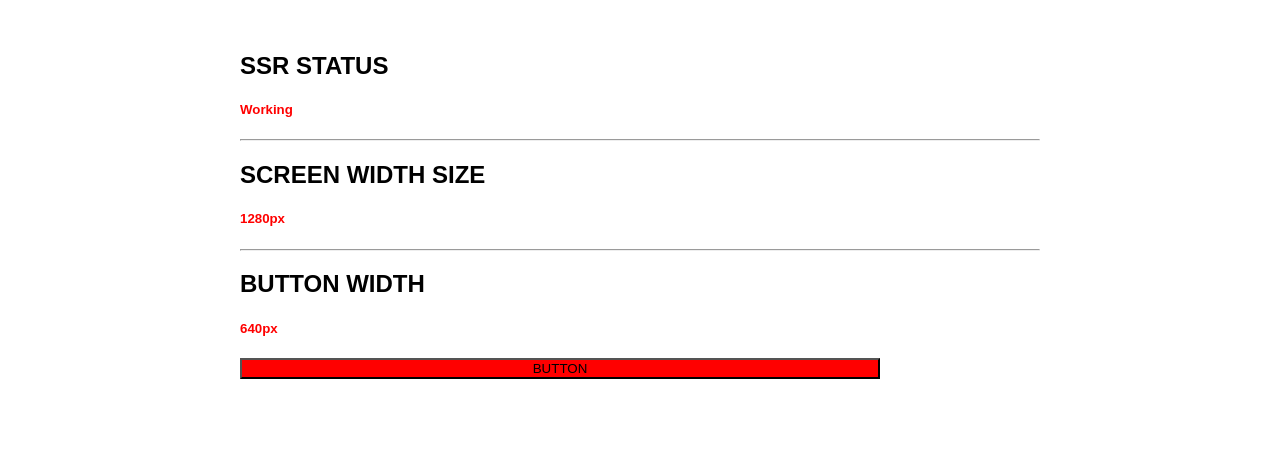
Repository: adrihle/screen-detector-nextpwa
Page: /
An editor plug-in stored every save of this project. The page is shown before and after the next save, followed by the edit.
The browser window is 1280 px wide. The pictures show the whole page.
The project was rebuilt for these pictures with package versions that can differ from the ones it lists, and the page was loaded fresh each time. The framework's server and built-in components were replaced by stand-ins that run in the browser. Imported but missing from the stored project, and not drawn on this page: pages/_document.

Above is the page before, as saved 2020-12-28 14:50:03.

After the next save:
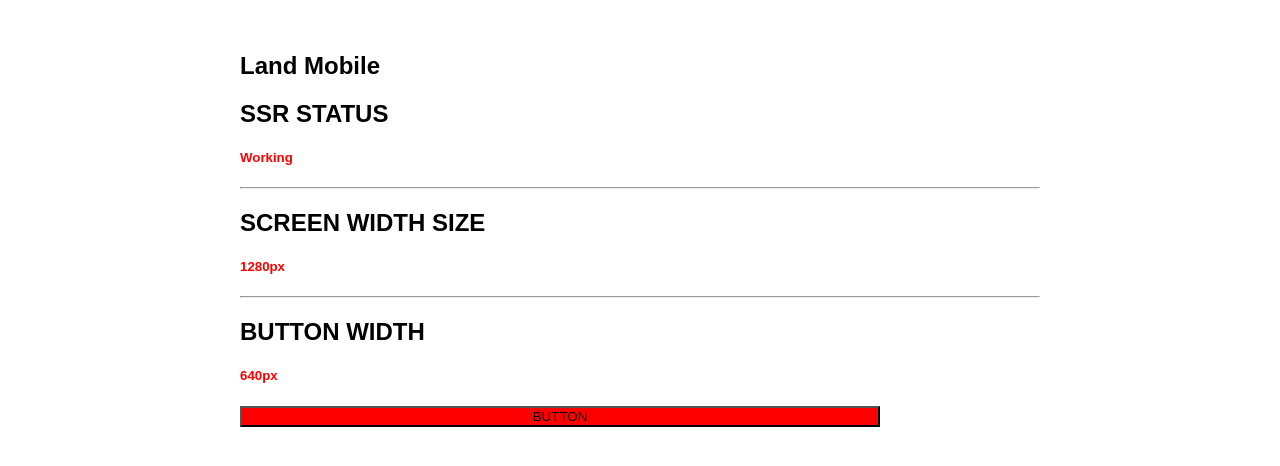
Saved 41 s later.
--- a/components/layouts/ScreenSizeLayout.tsx
+++ b/components/layouts/ScreenSizeLayout.tsx
@@ -8,11 +8,8 @@
     const handleSize = () => {
         let width = window.innerWidth
         setSize(width)
-        switch (width) {
-            case (width < 420): setScreen('Mobile')
-            case (width > 420 && width < 820): setScreen('Land Mobile')
-            default: return null
-        }
+        if (width < 420){setScreen('Mobile')}
+        else {setScreen('Land Mobile')}
     }
 
     useEffect(() => {

After the save that followed:
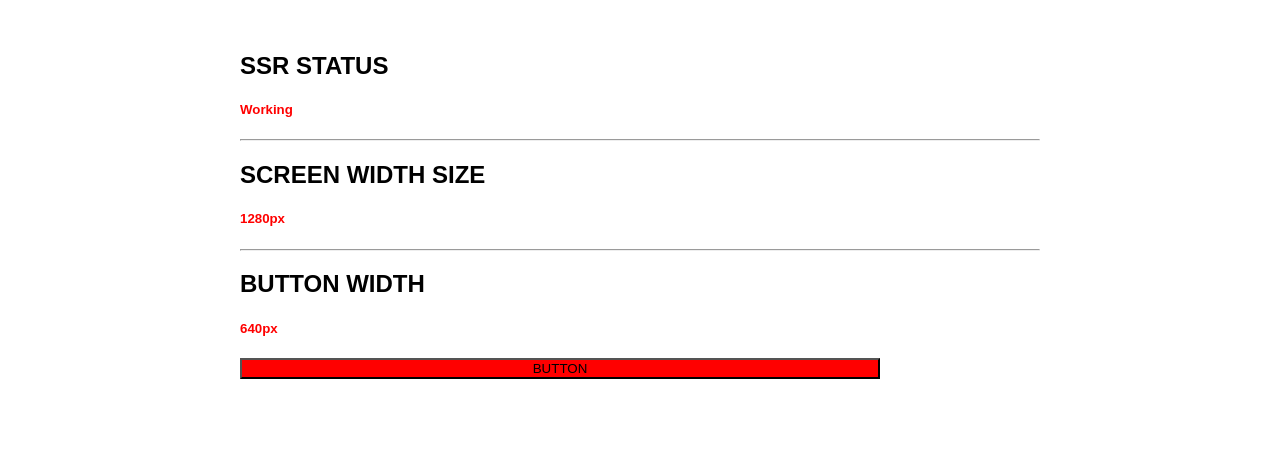
Saved 110 s later.
--- a/components/layouts/ScreenSizeLayout.tsx
+++ b/components/layouts/ScreenSizeLayout.tsx
@@ -20,13 +20,12 @@
 
     const childrenWithProps = Children.map(children, child => {
         return cloneElement(child, {
-            size
+            size, screen
         });
       });
 
     return (
         <>
-            <h2>{screen}</h2>
             {childrenWithProps}
         </>
     )
